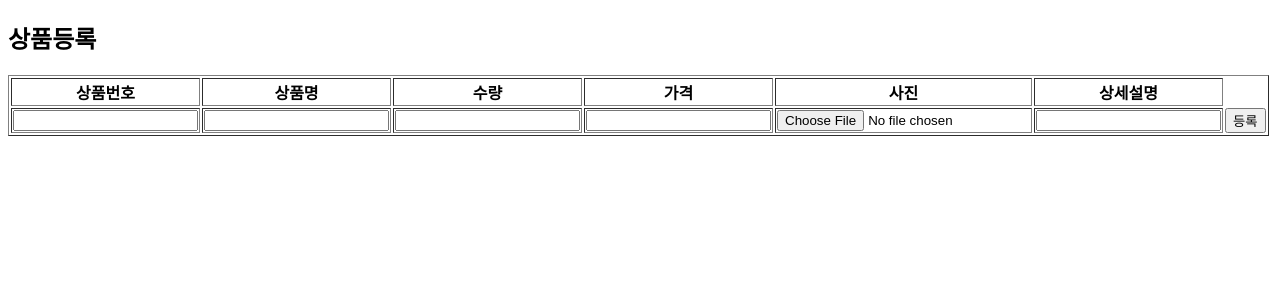
Repository: 0hmuse/day0330-2
Page: bitshop/src/main/resources/static/goods/goodslist.html
An editor plug-in stored every save of this project. The page is shown before and after the next save, followed by the edit.
The browser window is 1280 px wide. The pictures show the whole page.
After loading, the first visible `#btnAdd` was clicked once.
The page's requests for data from a server got no answer.

Above is the page before, as saved 2020-03-27 08:19:49.

### bitshop/src/main/resources/static/goods/goodslist.html
<!DOCTYPE html>
<html>
<head>
<meta charset="EUC-KR">
<title>Insert title here</title>
<script type="text/javascript" src="https://code.jquery.com/jquery-3.4.1.min.js"></script>
<script type="text/javascript">
$(function(){
	var arr;
	var idx;

	//처음 접속하면 모든 리스트 출력
	listAll()

	//모든리스트 메소드
	function listAll(){
		var th1 = $("<th>상품번호</th>");
		var th2 = $("<th>상품명</th>");
		var th3 = $("<th>수량</th>");
		var th4 = $("<th>가격</th>");
		var th5 = $("<th>사진</th>");
		var th6 = $("<th>상세설명</th>");
		var btn = $("<button id='btnAdd'>상품등록</button>")
		$("#tb").append(th1,th2,th3,th4,th5,th6,btn);
		$.getJSON("/listAll",function(data){
			arr = data;
			$.each(data,function(idx,goods){

				var tr = $("<tr></tr>").attr("idx",idx);
				var no = $("<td></td>").html(goods.no);
				var item = $("<td></td>").html(goods.item)
				var qty = $("<td></td>").html(goods.qty);
				var price = $("<td></td>").html(goods.price);
				var img = $("<img/>").attr({"src":"/img/"+goods.fname, "width":100, "height":100});
				var fname = $("<td></td>").append(img);
				var detail = $("<td></td>").html(goods.detail);
				var btnDel = $("<button>삭제</button>");
				var aDel = $("<td></td>").append(btnDel);
				tr.append(no,item,qty,price,fname,detail,aDel);
				$("#tb").append(tr);
			});
		});
	}


	$("#btnAdd").on("click",function(){
		$("#tb").empty();
		var th1 = $("<th>상품번호</th>");
		var th2 = $("<th>상품명</th>");
		var th3 = $("<th>수량</th>");
		var th4 = $("<th>가격</th>");
		var th5 = $("<th>사진</th>");
		var th6 = $("<th>상세설명</th>");
		$("#tb").append(th1,th2,th3,th4,th5,th6);
		var i_no = $("<td><input type=text id='no' name='id'></td>")
		var i_item = $("<td><input type=text id='item' name='item'></td>")
		var i_qty = $("<td><input type=text id='qty' name='qty'></td>")
		var i_price = $("<td><input type=text id='price' name='price'></td>")
		var i_fname = $("<td><input type=file id='fname' name='fname'></td>")
		var i_detail = $("<td><input type=text id='detail' name='detail'></td>")
		var i_btn = $("<button id='add'>등록</button>");

		var title = $("#title").html("상품등록");
		var i_tr = $("<tr></tr>").append(i_no,i_item,i_qty,i_price,i_fname,i_detail,i_btn);
		$("#tb").append(i_tr);

		$("#add").on("click",function(){
			//var data = $("#f").serialize();
			//var data = {no:i_no,item:i_item,qty:i_qty,price:i_price,fname:i_fname,detial:i_detail};
			alert(data);
			$.ajax("/insert",{data:data,success:function(r){
				alert(r);
			}})
		})
	})

});
</script>
</head>
<body>
<h2 id="title">상품 목록</h2>
<form id="f">
	<table id="tb" border="1">

	</table>
</form>


</body>
</html>

After the next save:
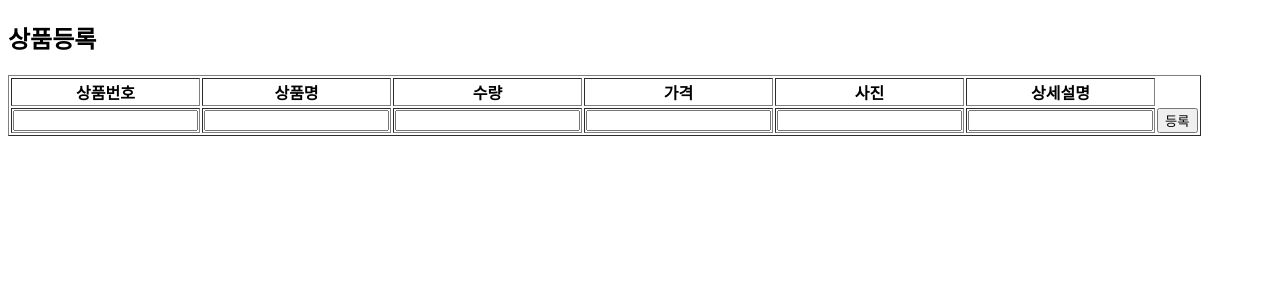
Saved 2 min 9 s later.
--- a/bitshop/src/main/resources/static/goods/goodslist.html
+++ b/bitshop/src/main/resources/static/goods/goodslist.html
@@ -56,7 +56,7 @@ $(function(){
 		var i_item = $("<td><input type=text id='item' name='item'></td>")
 		var i_qty = $("<td><input type=text id='qty' name='qty'></td>")
 		var i_price = $("<td><input type=text id='price' name='price'></td>")
-		var i_fname = $("<td><input type=file id='fname' name='fname'></td>")
+		var i_fname = $("<td><input type=text id='fname' name='fname'></td>")
 		var i_detail = $("<td><input type=text id='detail' name='detail'></td>")
 		var i_btn = $("<button id='add'>등록</button>");
 
